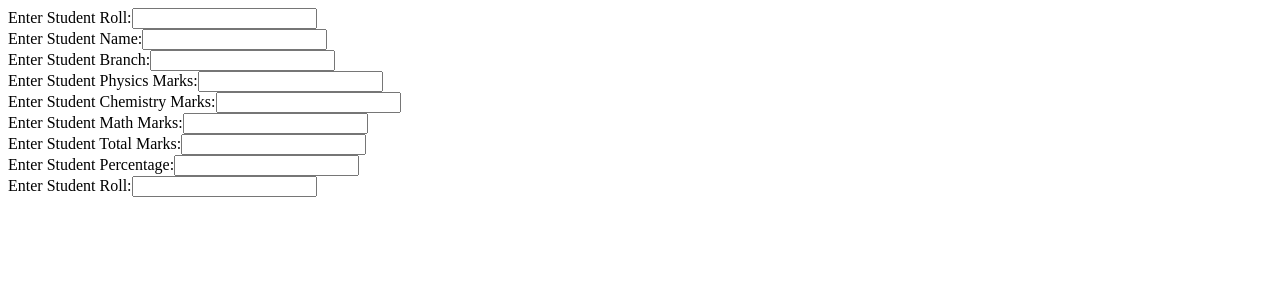
Repository: sudeepnagar/Advanced71
Page: App_servlet_3_JSP_Assignment2/src/main/webapp/student.html
The author's editor kept a copy of each file at every save. The page is drawn from the files as they stood at one save, then again after the next save.
The browser window is 1280 px wide. The pictures show the whole page.

Above is the page before, as saved 2025-03-05 09:20:25.

### App_servlet_3_JSP_Assignment2/src/main/webapp/student.html
<!DOCTYPE html>
<html>
<head>
<meta charset="UTF-8">
<title>Insert title here</title>
</head>
<body>
<form action="dis" method="post">

 Enter Student Roll:<input type="text" name="sroll"><br>
 Enter Student Name:<input type="text" name="sname"><br>
 Enter Student Branch:<input type="text" name="sbranch"><br>
 Enter Student Physics Marks:<input type="text" name="sphmarks"><br>
 Enter Student Chemistry Marks:<input type="text" name="schmarks"><br>
 Enter Student Math Marks:<input type="text" name="smmarks"><br>
 Enter Student Total Marks:<input type="text" name="stotmarks"><br>
 Enter Student Percentage:<input type="text" name="sper><br>
 Enter Student Roll:<input type="text" name="sres"><br>
 Enter Student Roll:<input type="text" name="sroll"><br>

</form>
</body>
</html>

After the next save:
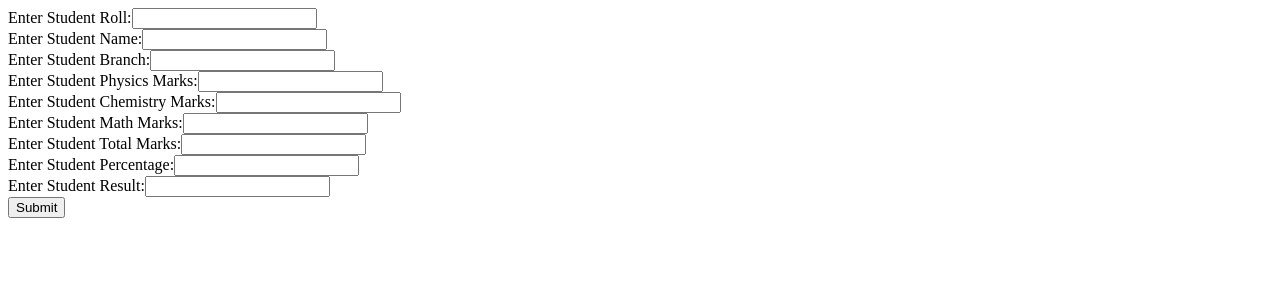
Saved 38 s later.
--- a/App_servlet_3_JSP_Assignment2/src/main/webapp/student.html
+++ b/App_servlet_3_JSP_Assignment2/src/main/webapp/student.html
@@ -14,9 +14,9 @@
  Enter Student Chemistry Marks:<input type="text" name="schmarks"><br>
  Enter Student Math Marks:<input type="text" name="smmarks"><br>
  Enter Student Total Marks:<input type="text" name="stotmarks"><br>
- Enter Student Percentage:<input type="text" name="sper><br>
- Enter Student Roll:<input type="text" name="sres"><br>
- Enter Student Roll:<input type="text" name="sroll"><br>
+ Enter Student Percentage:<input type="text" name="sper"><br>
+ Enter Student Result:<input type="text" name="sres"><br>
+<input type="Submit" name="Display"><br>
 
 </form>
 </body>
